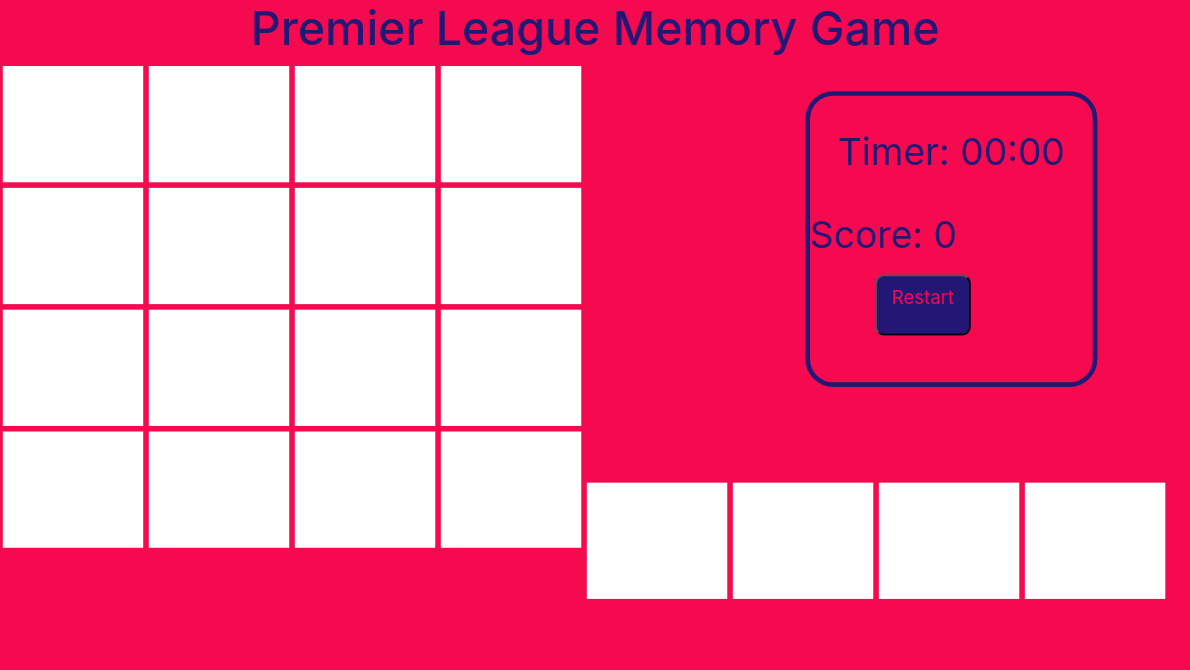
Repository: IchaTreasure/Premier-League-Memory-Game-
Page: index.html
The author's editor kept a record of every edit. The page is drawn from the files as they stood at one moment, then again after the next edit.
The browser window is 1280 px wide. The pictures show the whole page, at 93% of full size.
Some web libraries are served in a nearby version.

Above is the page before.
Console error: TypeError: Cannot read properties of null (reading 'addEventListener')

After the next edit:
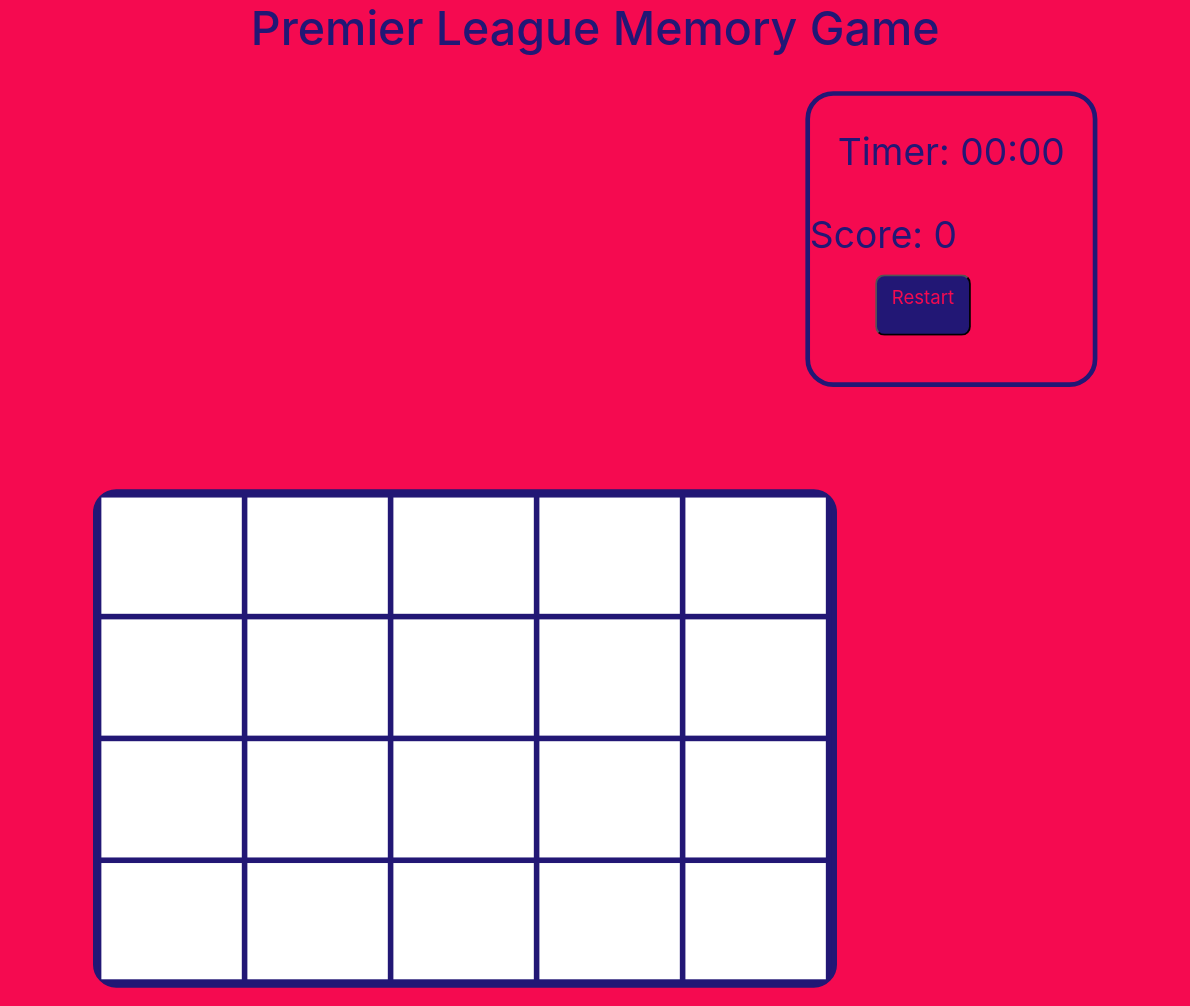
The edit:
--- a/styles.css
+++ b/styles.css
@@ -35,7 +35,7 @@
 	border-radius: 10px;
 }
 
-.game-container {
+#game-container {
   float: left;
 	width: 800px;
 	height: auto;
